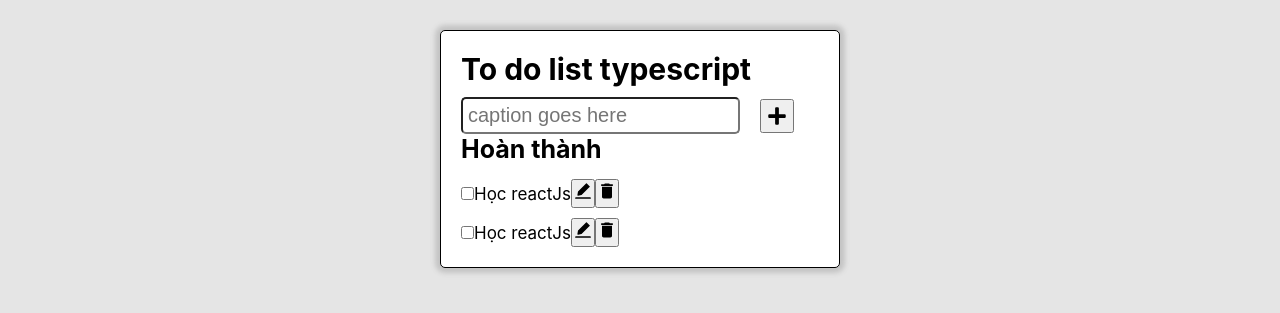
Repository: Nhatktvn/TodoListReactTs
Page: /
These files come from the project's save history. The page is drawn as it stood at one moment and after the next save; the edit follows.
The browser window is 1280 px wide. The pictures show the whole page.
The project was rebuilt for these pictures with package versions that can differ from the ones it lists, and the page was loaded fresh each time.

Above is the page before, as saved 2023-11-08 09:03:37.

### src/index.css
* {
  margin: 0;
  padding: 0;
  box-sizing: border-box;
}

html {
  font-size: 10px;
  --font-size: 2rem;
}

body {
  margin: 0;
  font-family: -apple-system, BlinkMacSystemFont, 'Segoe UI', 'Roboto', 'Oxygen', 'Ubuntu', 'Cantarell', 'Fira Sans',
    'Droid Sans', 'Helvetica Neue', sans-serif;
  -webkit-font-smoothing: antialiased;
  -moz-osx-font-smoothing: grayscale;
  background-color: #e5e5e5;
}

input,
button {
  font-size: var(--font-size);
}
code {
  font-family: source-code-pro, Menlo, Monaco, Consolas, 'Courier New', monospace;
}

### src/App.tsx
import React from 'react'
import './App.css'
import TodoList from './components/TodoList/TodoList'

function App() {
  return (
    <div className='App'>
      <TodoList />
    </div>
  )
}

export default App

### src/components/TodoList/TodoList.tsx
import React from 'react'
import styles from './todoList.module.scss'
import TaskInput from '../TaskInput/TaskInput'
import TaskList from '../TaskList/TaskList'
export default function TodoList() {
  return (
    <div className={styles.todoList}>
      <div className={styles.todoListContainer}>
        <TaskInput />
        <TaskList />
      </div>
    </div>
  )
}

### src/components/TodoList/todoList.module.scss
.todoList {
  padding: 3rem;
}
.todoListContainer {
  background-color: #fff;
  padding: 2rem;
  max-width: 40rem;
  border-radius: 5px;
  margin: 0 auto;
  border: 1px solid #000;
  box-shadow: 0px 0px 5px 5px #c4c4c4;
  text-align: left;
}

### src/components/TaskInput/TaskInput.tsx
import React from 'react'
import styles from './taskInput.module.scss'
import { FaPlus } from 'react-icons/fa'
export default function TaskInput() {
  return (
    <div>
      <h1 className={styles.title}>To do list typescript</h1>
      <form className={styles.form}>
        <input type='text' placeholder='caption goes here' />
        <button type='submit'>
          <FaPlus />
        </button>
      </form>
    </div>
  )
}

### src/components/TaskList/TaskList.tsx
import React from 'react'
import styles from './tasklist.module.scss'
import { AiFillEdit } from 'react-icons/ai'
import { MdDelete } from 'react-icons/md'
export default function TaskList() {
  return (
    <div>
      <h2 className={styles.title}>Hoàn thành</h2>
      <div className={styles.tasks}>
        <div className={styles.task}>
          <input type='checkbox' />
          <span>Học reactJs</span>
          <div className={styles.taskAction}>
            <button className={styles.btn}>
              <AiFillEdit />
            </button>
            <button className={styles.btn}>
              <MdDelete />
            </button>
          </div>
        </div>
        <div className={styles.task}>
          <input type='checkbox' />
          <span>Học reactJs</span>
          <div className={styles.taskAction}>
            <button className={styles.btn}>
              <AiFillEdit />
            </button>
            <button className={styles.btn}>
              <MdDelete />
            </button>
          </div>
        </div>
      </div>
    </div>
  )
}

### src/components/TaskInput/taskInput.module.scss
.title {
  font-size: 3rem;
  margin-bottom: 1rem;
}

.form {
  display: flex;
  justify-content: left;
  align-items: center;
  gap: 2rem;
  input {
    padding: 5px;
    border-radius: 5px;
  }
  button {
    flex-shrink: 0;
    cursor: pointer;
    display: flex;
    justify-content: center;
    align-items: center;
    padding: 5px;
  }
}

### src/components/TaskList/tasklist.module.scss
.title {
  font-size: 2.5rem;
  margin-bottom: 1.5rem;
}
.tasks {
  .task {
    span {
      font-size: 1.7rem;
    }
    display: flex;
    justify-content: flex-start;
    align-items: center;
    &:not(:last-child) {
      margin-bottom: 1rem;
    }
  }
}

Loaded but not shown: public/index.html (common file); src/index.tsx (common file); src/reportWebVitals.ts (common file); src/App.css (common file)

After the next save:
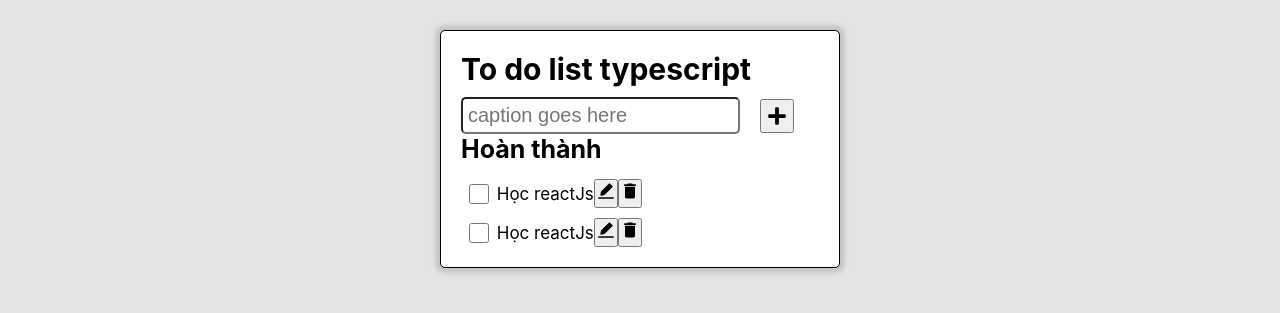
Saved 50 s later.
--- a/src/components/TaskList/tasklist.module.scss
+++ b/src/components/TaskList/tasklist.module.scss
@@ -13,5 +13,10 @@
     &:not(:last-child) {
       margin-bottom: 1rem;
     }
+    input {
+      flex: 0 0 10%;
+      max-width: 10%;
+      height: 2rem;
+    }
   }
 }
